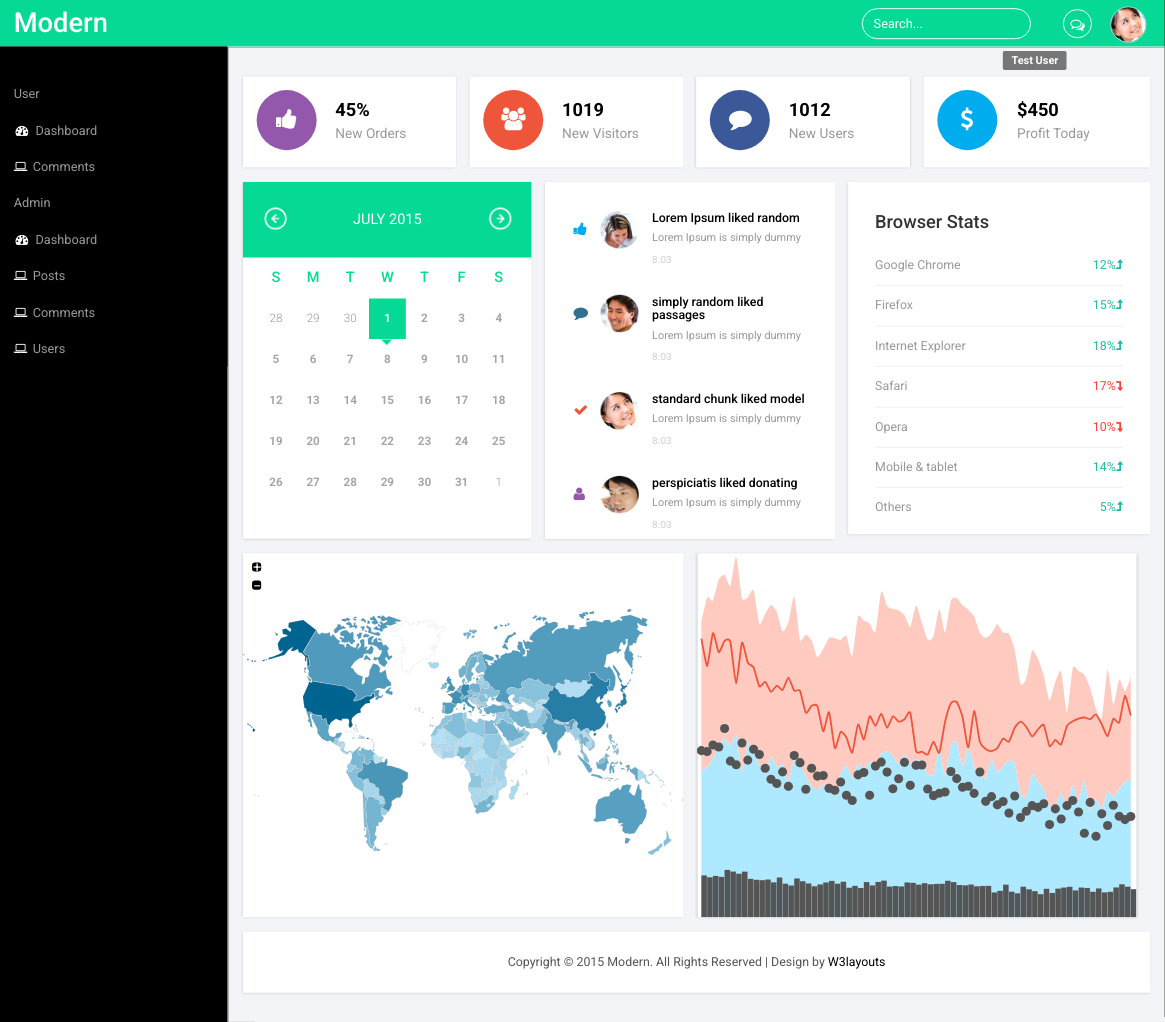
Repository: NomanMustafa/laravel-blog
Page: http://localhost/dashboard
An editor plug-in stored every save of this project. The page is shown before and after the next save, followed by the edit.
The browser window is 1280 px wide. The pictures show the whole page, at 91% of full size.
An inner scrolling area shows only its first screen. The page is served by the project's Laravel application, run on PHP 8.4 with Laravel 8. A made-up administrator, Test User (test@example.com), is signed in. Other server files are loaded and not shown.

Above is the page before, as saved 2020-07-06 12:41:03.

### routes/web.php
<?php

use Illuminate\Support\Facades\Route;

/*
|--------------------------------------------------------------------------
| Web Routes
|--------------------------------------------------------------------------
|
| Here is where you can register web routes for your application. These
| routes are loaded by the RouteServiceProvider within a group which
| contains the "web" middleware group. Now create something great!
|
 */

// Route::get('/', function () {
//     return view('welcome');
// });
Route::get('/', 'PublicControler@index')->name('index');
Route::get('post/{post}', 'PublicControler@singlePost')->name('singlePost');
Route::get('/about', 'PublicControler@about')->name('about');
Route::get('/contect', 'PublicControler@contect')->name('contect');
Route::post('/contect', 'PublicControler@contectPost')->name('contectPost');

Auth::routes();
Route::get('/dashboard', 'HomeController@index')->name('dashboard');

Route::prefix('user')->group(function () {
    Route::get('dashboard', 'UserController@dashboard')->name('userDashboard');
    Route::get('comments', 'UserController@comments')->name('userComments');
    Route::get('profile', 'UserController@profile')->name('userProfile');
    Route::post('profile', 'UserController@profilePost')->name('userProfilePost');
});

Route::prefix('author')->group(function () {
    Route::get('dashboard', 'AuthorController@dashboard')->name('authorDashboard');
    Route::get('posts', 'AuthorController@posts')->name('authorPosts');
    Route::get('comments', 'AuthorController@comments')->name('authorComments');
});

Route::prefix('admin')->group(function () {
    Route::get('/dashboard', 'AdminController@dashboard')->name('adminDashboard');
    Route::get('/posts', 'AdminController@posts')->name('adminPosts');
    Route::get('/comments', 'AdminController@comments')->name('adminComments');
    Route::get('/users', 'AdminController@users')->name('adminUsers');
});

### resources/views/dashboard.blade.php
@extends('layouts.admin')

@section('content')


        <div id="page-wrapper">
        <div class="graphs">
     	<div class="col_3">
        	<div class="col-md-3 widget widget1">
        		<div class="r3_counter_box">
                    <i class="pull-left fa fa-thumbs-up icon-rounded"></i>
                    <div class="stats">
                      <h5><strong>45%</strong></h5>
                      <span>New Orders</span>
                    </div>
                </div>
        	</div>
        	<div class="col-md-3 widget widget1">
        		<div class="r3_counter_box">
                    <i class="pull-left fa fa-users user1 icon-rounded"></i>
                    <div class="stats">
                      <h5><strong>1019</strong></h5>
                      <span>New Visitors</span>
                    </div>
                </div>
        	</div>
        	<div class="col-md-3 widget widget1">
        		<div class="r3_counter_box">
                    <i class="pull-left fa fa-comment user2 icon-rounded"></i>
                    <div class="stats">
                      <h5><strong>1012</strong></h5>
                      <span>New Users</span>
                    </div>
                </div>
        	</div>
        	<div class="col-md-3 widget">
        		<div class="r3_counter_box">
                    <i class="pull-left fa fa-dollar dollar1 icon-rounded"></i>
                    <div class="stats">
                      <h5><strong>$450</strong></h5>
                      <span>Profit Today</span>
                    </div>
                </div>
        	 </div>
        	<div class="clearfix"> </div>
      </div>
      <div class="col_1">
		    <div class="col-md-4 span_7">
		      <div class="cal1 cal_2"><div class="clndr"><div class="clndr-controls"><div class="clndr-control-button"><p class="clndr-previous-button">previous</p></div><div class="month">July 2015</div><div class="clndr-control-button rightalign"><p class="clndr-next-button">next</p></div></div><table class="clndr-table" border="0" cellspacing="0" cellpadding="0"><thead><tr class="header-days"><td class="header-day">S</td><td class="header-day">M</td><td class="header-day">T</td><td class="header-day">W</td><td class="header-day">T</td><td class="header-day">F</td><td class="header-day">S</td></tr></thead><tbody><tr><td class="day adjacent-month last-month calendar-day-2015-06-28"><div class="day-contents">28</div></td><td class="day adjacent-month last-month calendar-day-2015-06-29"><div class="day-contents">29</div></td><td class="day adjacent-month last-month calendar-day-2015-06-30"><div class="day-contents">30</div></td><td class="day calendar-day-2015-07-01"><div class="day-contents">1</div></td><td class="day calendar-day-2015-07-02"><div class="day-contents">2</div></td><td class="day calendar-day-2015-07-03"><div class="day-contents">3</div></td><td class="day calendar-day-2015-07-04"><div class="day-contents">4</div></td></tr><tr><td class="day calendar-day-2015-07-05"><div class="day-contents">5</div></td><td class="day calendar-day-2015-07-06"><div class="day-contents">6</div></td><td class="day calendar-day-2015-07-07"><div class="day-contents">7</div></td><td class="day calendar-day-2015-07-08"><div class="day-contents">8</div></td><td class="day calendar-day-2015-07-09"><div class="day-contents">9</div></td><td class="day calendar-day-2015-07-10"><div class="day-contents">10</div></td><td class="day calendar-day-2015-07-11"><div class="day-contents">11</div></td></tr><tr><td class="day calendar-day-2015-07-12"><div class="day-contents">12</div></td><td class="day calendar-day-2015-07-13"><div class="day-contents">13</div></td><td class="day calendar-day-2015-07-14"><div class="day-contents">14</div></td><td class="day calendar-day-2015-07-15"><div class="day-contents">15</div></td><td class="day calendar-day-2015-07-16"><div class="day-contents">16</div></td><td class="day calendar-day-2015-07-17"><div class="day-contents">17</div></td><td class="day calendar-day-2015-07-18"><div class="day-contents">18</div></td></tr><tr><td class="day calendar-day-2015-07-19"><div class="day-contents">19</div></td><td class="day calendar-day-2015-07-20"><div class="day-contents">20</div></td><td class="day calendar-day-2015-07-21"><div class="day-contents">21</div></td><td class="day calendar-day-2015-07-22"><div class="day-contents">22</div></td><td class="day calendar-day-2015-07-23"><div class="day-contents">23</div></td><td class="day calendar-day-2015-07-24"><div class="day-contents">24</div></td><td class="day calendar-day-2015-07-25"><div class="day-contents">25</div></td></tr><tr><td class="day calendar-day-2015-07-26"><div class="day-contents">26</div></td><td class="day calendar-day-2015-07-27"><div class="day-contents">27</div></td><td class="day calendar-day-2015-07-28"><div class="day-contents">28</div></td><td class="day calendar-day-2015-07-29"><div class="day-contents">29</div></td><td class="day calendar-day-2015-07-30"><div class="day-contents">30</div></td><td class="day calendar-day-2015-07-31"><div class="day-contents">31</div></td><td class="day adjacent-month next-month calendar-day-2015-08-01"><div class="day-contents">1</div></td></tr></tbody></table></div></div>
		    </div>
		    <div class="col-md-4 span_8">
		       <div class="activity_box">
		        <div class="scrollbar" id="style-2">
                   <div class="activity-row">
	                 <div class="col-xs-1"><i class="fa fa-thumbs-up text-info icon_13"> </i>  </div>
	                 <div class="col-xs-3 activity-img"><img src='{{ asset('admin/assets/images/5.png') }}' class="img-responsive" alt=""/></div>
	                 <div class="col-xs-8 activity-desc">
	                 	<h5><a href="#">Lorem Ipsum</a> liked <a href="#">random</a></h5>
	                    <p>Lorem Ipsum is simply dummy</p>
	                    <h6>8:03</h6>
	                 </div>
	                 <div class="clearfix"> </div>
                    </div>
	  			    <div class="activity-row">
	                 <div class="col-xs-1"><i class="fa fa-comment text-info"></i> </div>
	                 <div class="col-xs-3 activity-img"><img src='{{ asset('admin/assets/images/3.png') }}' class="img-responsive" alt=""/></div>
	                 <div class="col-xs-8 activity-desc">
	                 	<h5><a href="#">simply random</a> liked <a href="#">passages</a></h5>
	                    <p>Lorem Ipsum is simply dummy</p>
	                    <h6>8:03</h6>
	                 </div>
	                 <div class="clearfix"> </div>
                    </div>
                    <div class="activity-row">
	                 <div class="col-xs-1"><i class="fa fa-check text-info icon_11"></i></div>
	                 <div class="col-xs-3 activity-img"><img src='{{ asset('admin/assets/images/1.png') }}' class="img-responsive" alt=""/></div>
	                 <div class="col-xs-8 activity-desc">
	                 	<h5><a href="#">standard chunk</a> liked <a href="#">model</a></h5>
	                    <p>Lorem Ipsum is simply dummy</p>
	                    <h6>8:03</h6>
	                 </div>
	                 <div class="clearfix"> </div>
                    </div>
                    <div class="activity-row1">
	                 <div class="col-xs-1"><i class="fa fa-user text-info icon_12"></i></div>
	                 <div class="col-xs-3 activity-img"><img src='{{ asset('admin/assets/images/4.png') }}' class="img-responsive" alt=""/></div>
	                 <div class="col-xs-8 activity-desc">
	                 	<h5><a href="#">perspiciatis</a> liked <a href="#">donating</a></h5>
	                    <p>Lorem Ipsum is simply dummy</p>
	                    <h6>8:03</h6>
	                 </div>
	                 <div class="clearfix"> </div>
                     </div>
	  		        </div>
		          </div>
		    </div>
			<div class="col-md-4 stats-info">
                <div class="panel-heading">
                    <h4 class="panel-title">Browser Stats</h4>
                </div>
                <div class="panel-body">
                    <ul class="list-unstyled">
                        <li>Google Chrome<div class="text-success pull-right">12%<i class="fa fa-level-up"></i></div></li>
                        <li>Firefox<div class="text-success pull-right">15%<i class="fa fa-level-up"></i></div></li>
                        <li>Internet Explorer<div class="text-success pull-right">18%<i class="fa fa-level-up"></i></div></li>
                        <li>Safari<div class="text-danger pull-right">17%<i class="fa fa-level-down"></i></div></li>
                        <li>Opera<div class="text-danger pull-right">10%<i class="fa fa-level-down"></i></div></li>
                        <li>Mobile &amp; tablet<div class="text-success pull-right">14%<i class="fa fa-level-up"></i></div></li>
                        <li class="last">Others<div class="text-success pull-right">5%<i class="fa fa-level-up"></i></div></li>
                    </ul>
                </div>
            </div>
            <div class="clearfix"> </div>
	  </div>
	  <div class="span_11">
		<div class="col-md-6 col_4">
		  <div class="map_container"><div id="vmap" style="width: 100%; height: 400px;"></div></div>
		  <!----Calender -------->
			<link rel="stylesheet" href="{{ asset('admin/assets/css/clndr.css') }}" type="text/css" />
			<script src="{{ asset('admin/assets/js/underscore-min.js') }}" type="text/javascript"></script>
			<script src= "{{ asset('admin/assets/js/moment-2.2.1.js') }}" type="text/javascript"></script>
			<script src="{{ asset('admin/assets/js/clndr.js') }}" type="text/javascript"></script>
			<script src="{{ asset('admin/assets/js/site.js') }}" type="text/javascript"></script>
			<!----End Calender -------->
		</div>
		<div class="col-md-6 col_5">
		  <div id="chart_container">
		   <div id="chart"></div>
	       <div id="slider"></div>


{{-- <div class="container">
    <div class="row justify-content-center">
        <div class="col-md-8">
            <div class="card">
                <div class="card-header">{{ __('Dashboard') }}</div>

                <div class="card-body">
                    @if (session('status'))
                        <div class="alert alert-success" role="alert">
                            {{ session('status') }}
                        </div>
                    @endif

                    {{ __('You are logged in!') }}
                </div>
            </div>
        </div>
    </div>
</div> --}}
@endsection

### resources/views/includes/admin/headerNavigation.blade.php
  <nav class="top1 navbar navbar-default navbar-static-top" role="navigation" style="margin-bottom: 0">
<div class="navbar-header">
     <button type="button" class="navbar-toggle" data-toggle="collapse" data-target=".navbar-collapse">
         <span class="sr-only">Toggle navigation</span>
         <span class="icon-bar"></span>
         <span class="icon-bar"></span>
         <span class="icon-bar"></span>
     </button>
     <a class="navbar-brand" href="index.html">Modern</a>
 </div>
 <!-- /.navbar-header -->
 <ul class="nav navbar-nav navbar-right">
     <li class="dropdown">
         <a href="#" class="dropdown-toggle" data-toggle="dropdown" aria-expanded="false"><i class="fa fa-comments-o"></i></a> <span class="badge">{{ Auth::user()->name }}</span>

     <li class="dropdown">
         <a href="#" class="dropdown-toggle avatar" data-toggle="dropdown"><img src="{{ asset('admin/assets/images/1.png') }}"></a>
         <ul class="dropdown-menu">

             <form id="logout-form" method="post" action="{{ route('logout') }}"> @csrf </form>
             <li class="m_2"><a href="#" onclick="document.getElementById('logout-form').submit();"><i class="fa fa-lock"></i> Logout</a></li>
         </ul>
     </li>
 </ul>
 <form class="navbar-form navbar-right">
     <input type="text" class="form-control" value="Search..." onfocus="this.value = '';" onblur="if (this.value == '') {this.value = 'Search...';}">
 </form>

### public/admin/assets/css/custom.css
#wrapper {
    width: 100%;
}
#page-wrapper {
    /*--padding: 0 15px;--*/
    min-height: 568px;
    background-color: #fff;
}

@media(min-width:768px) {
    #page-wrapper {
        position: inherit;
        margin: 0 0 0 250px;
        /*--padding: 0 30px;--*/
        border-left: 1px solid #e7e7e7;
    }
}

.navbar-top-links {
    margin-right: 0;
}

.navbar-top-links li {
    display: inline-block;
}

.navbar-top-links li:last-child {
    margin-right: 15px;
}

.navbar-top-links li a {
    padding: 15px;
    min-height: 50px;
}

.navbar-top-links .dropdown-menu li {
    display: block;
}

.navbar-top-links .dropdown-menu li:last-child {
    margin-right: 0;
}

.navbar-top-links .dropdown-menu li a {
    padding: 3px 20px;
    min-height: 0;
}

.navbar-top-links .dropdown-menu li a div {
    white-space: normal;
}

.navbar-top-links .dropdown-messages,
.navbar-top-links .dropdown-tasks,
.navbar-top-links .dropdown-alerts {
    width: 310px;
    min-width: 0;
}
.navbar-top-links .dropdown-messages {
    margin-left: 5px;
}
.navbar-top-links .dropdown-tasks {
    margin-left: -59px;
}

.navbar-top-links .dropdown-alerts {
    margin-left: -123px;
}

.navbar-top-links .dropdown-user {
    right: 0;
    left: auto;
}

.sidebar .sidebar-nav.navbar-collapse {
    padding-right: 0;
    padding-left: 0;
}

.sidebar .sidebar-search {
    padding: 15px;
}
.sidebar .arrow {
    float: right;
}

.sidebar .fa.arrow:before {
    content: "\f104";
}

.sidebar .active>a>.fa.arrow:before {
    content: "\f107";
}

.sidebar .nav-second-level li,
.sidebar .nav-third-level li {
    border-bottom: 0!important;
}

.sidebar .nav-second-level li a {
    padding-left: 37px;
}

.sidebar .nav-third-level li a {
    padding-left: 52px;
}

@media(min-width:768px) {
    .sidebar {
        z-index: 1;
        position: absolute;
        width: 250px;
        margin-top: 51px;
    }

    .navbar-top-links .dropdown-messages,
    .navbar-top-links .dropdown-tasks,
    .navbar-top-links .dropdown-alerts {
        margin-left: auto;
    }
}

### public/admin/assets/css/jqvmap.css
/*!
 * jQVMap Version 1.0
 *
 * http://jqvmap.com
 *
 * Copyright 2012, Peter Schmalfeldt <manifestinteractive@gmail.com>
 * Licensed under the MIT license.
 *
 * Fork Me @ https://github.com/manifestinteractive/jqvmap
 */
.jqvmap-label
{
	position: absolute;
	display: none;
	-webkit-border-radius: 3px;
	-moz-border-radius: 3px;
	border-radius: 3px;
	background: #292929;
	color: white;
	font-family: sans-serif, Verdana;
	font-size: smaller;
	padding: 3px;
}
.jqvmap-zoomin, .jqvmap-zoomout
{
  position: absolute;
  left: 10px;
  -webkit-border-radius: 3px;
  -moz-border-radius: 3px;
  border-radius: 3px;
  background: #000000;
  padding: 1px;
  color: white;
  width: 10px;
  height: 10px;
  cursor: pointer;
  line-height: 9px;
  text-align: center;
}
.jqvmap-zoomin
{
	top: 10px;
}
.jqvmap-zoomout
{
	top: 30px;
}
.jqvmap-region
{
  cursor: pointer;
}
.jqvmap-ajax_response
{
  width: 100%;
  height: 500px;
}

Loaded but not shown: app/Providers/AppServiceProvider.php (common file); app/Http/Controllers/Auth/LoginController.php (common file); app/Http/Controllers/Controller.php (common file); app/Http/Controllers/Auth/ConfirmPasswordController.php (common file); app/User.php (common file); app/Http/Controllers/HomeController.php (common file); public/admin/assets/css/bootstrap.min.css (library); public/admin/assets/css/font-awesome.css (library); public/admin/assets/js/jquery.min.js (library); public/admin/assets/js/metisMenu.min.js (common file); public/admin/assets/js/d3.v3.js (library); public/admin/assets/js/underscore-min.js (library); public/admin/assets/js/moment-2.2.1.js (library); public/admin/assets/js/jquery.vmap.js (library); public/admin/assets/js/jquery.vmap.sampledata.js (common file); public/admin/assets/js/jquery.vmap.world.js (library); public/admin/assets/js/bootstrap.min.js (library); public/admin/assets/js/rickshaw.js (3908 lines, source omitted); public/admin/assets/js/clndr.js (833 lines, source omitted); public/admin/assets/js/site.js (90 lines, source omitted); public/admin/assets/js/custom.js (36 lines, source omitted); public/admin/assets/css/style.css (2713 lines, source omitted); resources/views/layouts/admin.blade.php (141 lines, source omitted); public/admin/assets/css/clndr.css (192 lines, source omitted); public/admin/assets/css/lines.css (198 lines, source omitted); resources/views/includes/admin/sideBar.blade.php (57 lines, source omitted)

After the next save:
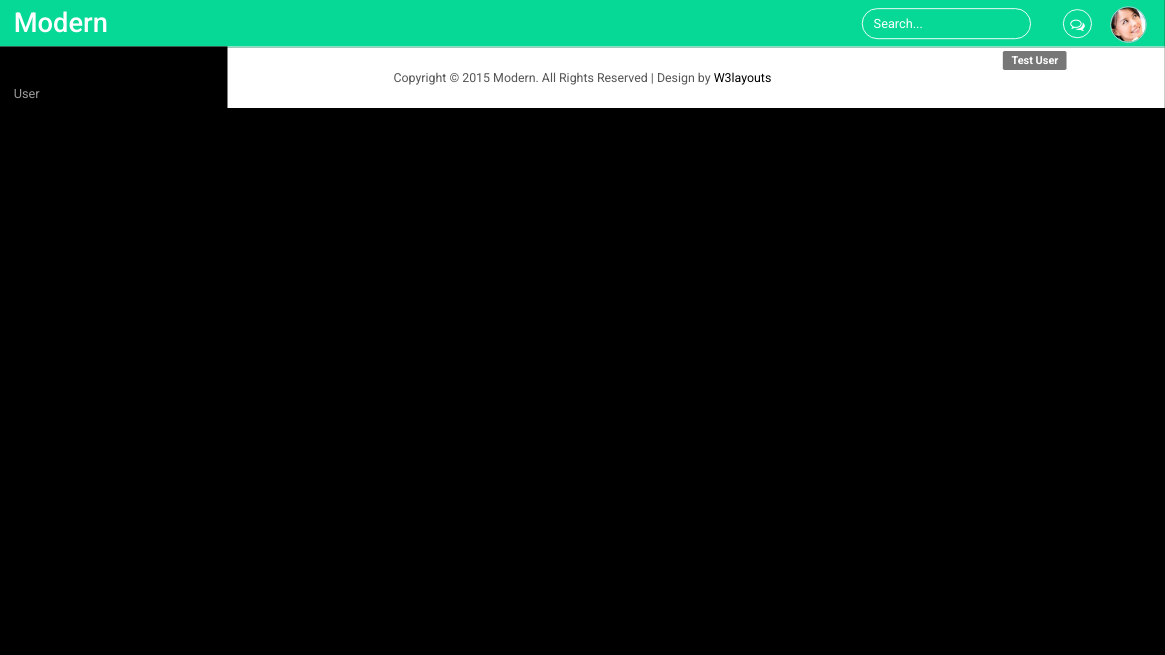
Console error (its wording comes from the project's code and is left out).
Saved 12 min 42 s later.
--- a/resources/views/dashboard.blade.php
+++ b/resources/views/dashboard.blade.php
@@ -3,7 +3,7 @@
 @section('content')
 
 
-        <div id="page-wrapper">
+        {{-- <div id="page-wrapper">
         <div class="graphs">
      	<div class="col_3">
         	<div class="col-md-3 widget widget1">
@@ -126,7 +126,7 @@
 		<div class="col-md-6 col_5">
 		  <div id="chart_container">
 		   <div id="chart"></div>
-	       <div id="slider"></div>
+	       <div id="slider"></div> --}}
 
 
 {{-- <div class="container">

After the save that followed:
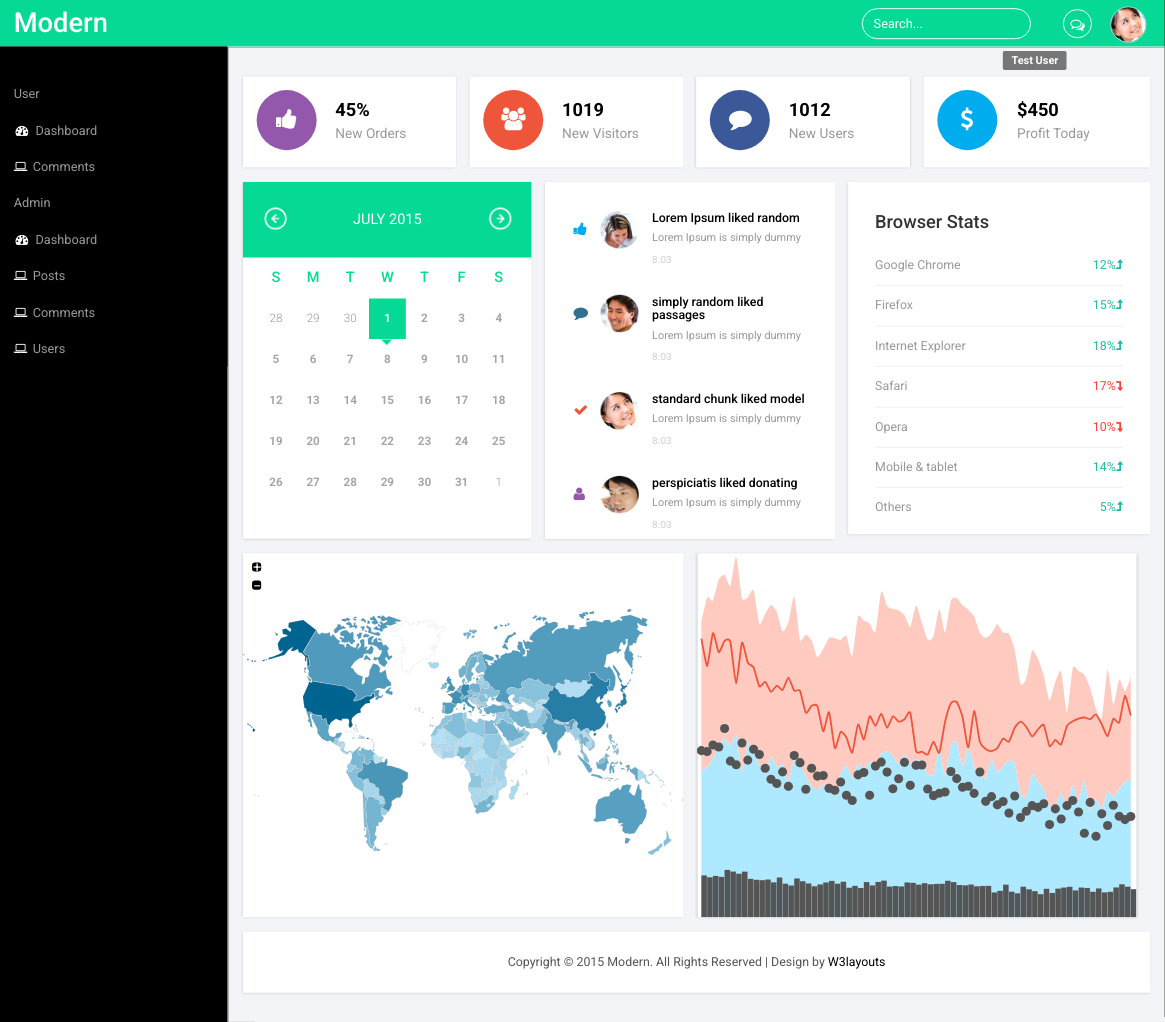
The error is gone.
Saved 49 s later.
--- a/resources/views/dashboard.blade.php
+++ b/resources/views/dashboard.blade.php
@@ -3,7 +3,7 @@
 @section('content')
 
 
-        {{-- <div id="page-wrapper">
+        <div id="page-wrapper">
         <div class="graphs">
      	<div class="col_3">
         	<div class="col-md-3 widget widget1">
@@ -126,7 +126,7 @@
 		<div class="col-md-6 col_5">
 		  <div id="chart_container">
 		   <div id="chart"></div>
-	       <div id="slider"></div> --}}
+	       <div id="slider"></div>
 
 
 {{-- <div class="container">
